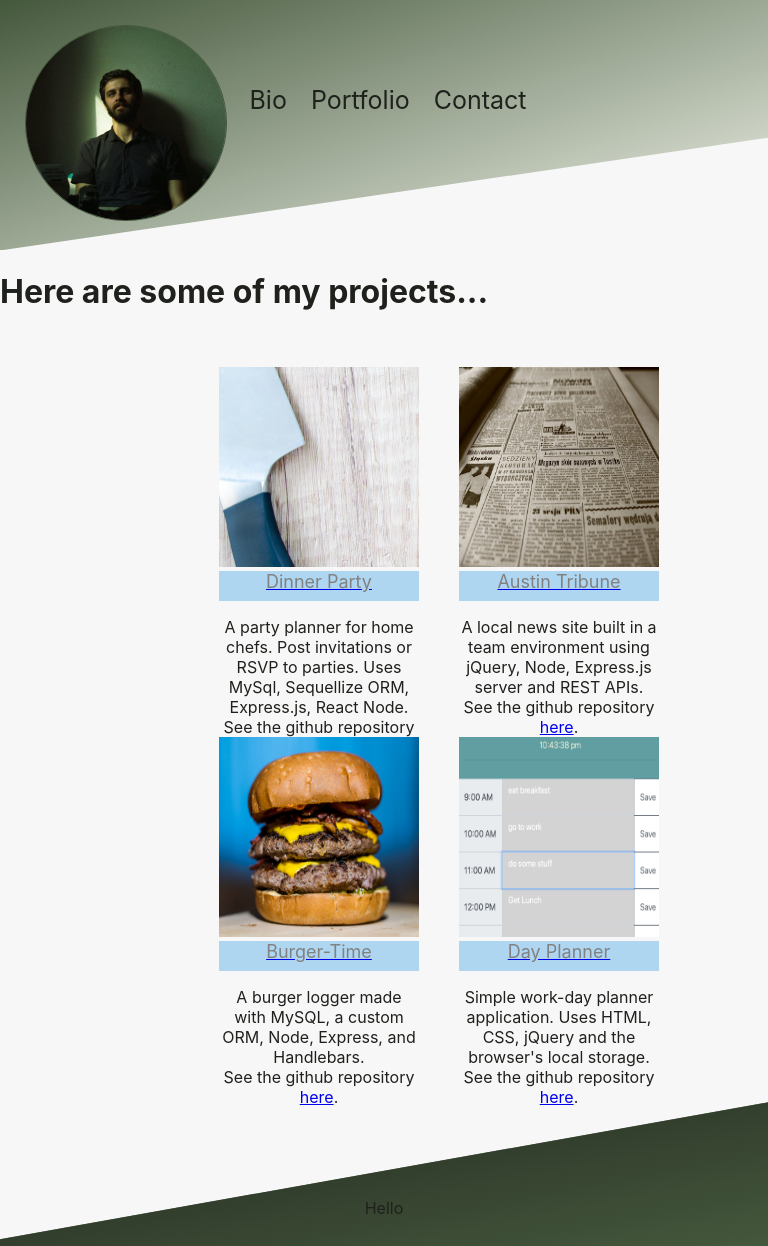
Repository: joeldelatte/react-portfolio
Page: /portfolio (app in client/)
The author's editor kept a copy of each file at every save. The page is drawn from the files as they stood at one save, then again after the next save.
The browser window is 768 px wide. The pictures show the whole page.
The project was rebuilt for these pictures with package versions that can differ from the ones it lists, and the page was loaded fresh each time. Also part of the build but not shown: client/src/App.css, client/src/Components/Bio/Bio.js, client/src/Components/Contact/Contact.js.

Above is the page before, as saved 2020-07-11 00:22:47.

### client/public/index.html
<!doctype html>
<html lang="en">
  <head>
    <meta charset="utf-8">
    <meta name="viewport" content="width=device-width, initial-scale=1, shrink-to-fit=no">
    <meta name="theme-color" content="#000000">
    <!--
      manifest.json provides metadata used when your web app is added to the
      homescreen on Android. See https://developers.google.com/web/fundamentals/engage-and-retain/web-app-manifest/
    -->
    <link rel="manifest" href="%PUBLIC_URL%/manifest.json">
    <link rel="shortcut icon" href="%PUBLIC_URL%/favicon.ico">
    <!--
      Notice the use of %PUBLIC_URL% in the tags above.
      It will be replaced with the URL of the `public` folder during the build.
      Only files inside the `public` folder can be referenced from the HTML.

      Unlike "/favicon.ico" or "favicon.ico", "%PUBLIC_URL%/favicon.ico" will
      work correctly both with client-side routing and a non-root public URL.
      Learn how to configure a non-root public URL by running `npm run build`.
    -->
    <title>Joel Delatte</title>
  </head>
  <body>
    <noscript>
      You need to enable JavaScript to run this app.
    </noscript>
    <div id="root"></div>
    <!--
      This HTML file is a template.
      If you open it directly in the browser, you will see an empty page.

      You can add webfonts, meta tags, or analytics to this file.
      The build step will place the bundled scripts into the <body> tag.

      To begin the development, run `npm start` or `yarn start`.
      To create a production bundle, use `npm run build` or `yarn build`.
    -->
  </body>
</html>

### client/src/index.css
body {
  height:100%;
  min-height: 100%;
  margin: 0;
  padding: 0;
  border: 0;
  font-family: -apple-system, BlinkMacSystemFont, 'Segoe UI', 'Roboto', 'Oxygen',
    'Ubuntu', 'Cantarell', 'Fira Sans', 'Droid Sans', 'Helvetica Neue',
    sans-serif;
  -webkit-font-smoothing: antialiased;
  -moz-osx-font-smoothing: grayscale;
  background-color: rgb(247, 247, 247);
  color: rgb(31,33,28);
}

code {
  font-family: source-code-pro, Menlo, Monaco, Consolas, 'Courier New',
    monospace;
}

### client/src/App.js
import React from 'react';
import {BrowserRouter as Router, Route, Switch, Link} from "react-router-dom";
import './App.css';
import Bio from "./Components/Bio/Bio";
import Nav from "./Page/Nav";
import Contact from "./Components/Contact/Contact";
import Portfolio from "./Components/Portfolio/Portfolio";

export default function App() {
  return (
    <>
      <Router>
        <Nav />
        <Switch>
          <Route exact path="/">
            <Bio />
          </Route>
          <Route exact path="/contact">
            <Contact />
          </Route>
          <Route exact path="/portfolio">
            <Portfolio />
          </Route>
        </Switch>
      </Router>
    </>
  );
}

### client/src/Page/Nav.js
import React from "react";
import {BrowserRouter as Router, Route, Switch, Link} from "react-router-dom";
import Avatar from "./Avatar";
import "./Page.css";

function Nav () {
    return (
      <div className="header">
        <Avatar />
        <div className="nav">
          <Link to="/">Bio</Link>
          <Link to="/portfolio">Portfolio</Link>
          <Link to="/contact">Contact</Link>
        </div>
      </div>
    );
};

export default Nav;

### client/src/Components/Portfolio/Portfolio.js
import React from "react";

import Dayplanner from "../Portfolio/images/dayplanner.png";
import NewsPaper from "../Portfolio/images/austin1.jpeg";
import Burger from "../Portfolio/images/burger.jpg"
import Knife from "../Portfolio/images/knife.png"

import './portfolio.css';

export default function Portfolio() {


    return (
      <div className="container">
        <h1>Here are some of my projects...</h1>
        <div className="portfolio">
          <div className="projectBox">
            <a
              href="https://rocky-meadow-16617.herokuapp.com/"
              target="_blank"
              rel="noopener noreferrer"
            >
              <img className="projectPhoto" src={Knife}></img>
              <section className="projectLabel">Dinner Party</section>
            </a>
            <p>
              A party planner for home chefs. Post invitations or RSVP to
              parties. Uses MySql, Sequellize ORM, Express.js, React Node.
              <br></br>
              See the github repository{" "}
              <a href="https://github.com/joeldelatte/Poject_3_Dinner_Party">
                here
              </a>
              .
            </p>
          </div>
          <div className="projectBox">
            <a
              href="https://mmoritz8.github.io/Project-1/Joel_art/arts.html"
              target="_blank"
              rel="noopener noreferrer"
            >
              <img className="projectPhoto" src={NewsPaper}></img>
              <section className="projectLabel">Austin Tribune</section>
            </a>
            <p>
              A local news site built in a team environment using jQuery, Node,
              Express.js server and REST APIs.
              <br></br>
              See the github repository{" "}
              <a href="https://github.com/mmoritz8/Project-1">here</a>.
            </p>
          </div>
          <div className="projectBox">
            <a
              href="https://boiling-lowlands-78090.herokuapp.com/"
              target="_blank"
              rel="noopener noreferrer"
            >
              <img className="projectPhoto" src={Burger}></img>
              <section className="projectLabel">Burger-Time</section>
            </a>
            <p>
              A burger logger made with MySQL, a custom ORM, Node, Express, and
              Handlebars.
              <br></br>
              See the github repository{" "}
              <a href="https://github.com/joeldelatte/eat-da-burger">here</a>.
            </p>
          </div>
          <div className="projectBox">
            <a
              href="https://joeldelatte.github.io/day-planner/"
              target="_blank"
              rel="noopener noreferrer"
            >
              <img className="projectPhoto" src={Dayplanner}></img>
              <section className="projectLabel">Day Planner</section>
            </a>
            <p>
              Simple work-day planner application. Uses HTML, CSS, jQuery and
              the browser's local storage.
              <br></br>
              See the github repository{" "}
              <a href="https://github.com/joeldelatte/day-planner">here</a>.
            </p>
          </div>
        </div>
        <footer>Hello</footer>
      </div>
    );
}

### client/src/Components/Bio/bio.css
.container {
    position: relative;
}

.bio {
    min-height: 100%;
    padding: 15px;
    max-width: 50%;
    margin: 0 auto;
    text-align: center;
    padding-bottom: -5rem;
}

.bio p {
    text-align: center;
}

footer {
  height: 3rem;
  padding-top: 6rem;
  /* background-color: rgb(68,88,60); */
  background-image: linear-gradient(to right bottom, rgba(31,33,28, 1), rgba(68,88,60, 0.501));
  -webkit-clip-path: polygon(0 95%, 100% 0, 100% 100%, 0 100%);
  clip-path: polygon(0 95%, 100% 0, 100% 100%, 0 100%);
  text-align: center;
}


    @media only screen and (max-width: 768px) {
        .viewContainer {
            margin-left: 110px;
        }
    }

### client/src/Page/Avatar.js
import React from "react";
import Portrait from "./images/joel_d.png"
import "./Page.css";

function Avatar () {

    return (
      <div>
          <img src={Portrait} alt="avatar"  className="avatar" />
      </div>
    );
};

export default Avatar;

### client/src/Page/Page.css
.header {
  height: 38%;
  background-image: linear-gradient(to right bottom, rgba(68,88,60, 1), rgba(241,246,226, 0.501));
  background-size: cover;
  background-position: top;
  position: relative;
  -webkit-clip-path: polygon(0 0, 100% 0, 100% 55%, 0 100%);
  clip-path: polygon(0 0, 100% 0, 100% 55%, 0 100%);
  position: relative;
}

  .avatar {
    border: 1px solid;
    border-color: rgb(68,88,60);
    display: inline;
    max-width: 200px;
    max-height: 200px;
    border-radius: 100%;
    margin: 25px;
    }

.nav {
    position: absolute;
    top: 40%;
    left: 50%;
    transform: translate(-50%, -50%);
    text-align: center;
}

.nav a {
    padding: 6px 8px 6px 16px;
    text-decoration: none;
    font-size: 25px;
    color: rgb(31,33,28);
    display: inline;
    text-align: center;
  }

.nav a:hover {
    color: #f1f1f1;
}

### client/src/Components/Contact/contact.css
.container {
  position: relative;
}
.contact {
    min-height: 100%;
    padding: 15px;
    max-width: 50%;
    margin: 0 auto;
    text-align: center;
    padding-bottom: -5rem;
}

.contact a {
  padding: 6px 8px 6px 16px;
  text-decoration: underline;
  font-size: 18px;
  color: black;
  display: block;
}

.contact a:hover {
  color: #818181;
}

.email-address {
  padding: 6px 8px 6px 16px;
  font-size: 18px;
}

input[type=text], select {
    width: 100%;
    padding: 12px 20px;
    margin: 8px 0;
    display: inline-block;
    border: 1px solid #ccc;
    border-radius: 4px;
    box-sizing: border-box;
  }

  input[type=submit] {
    width: 15%;
    background-color: #4CAF50;
    color: white;
    padding: 14px 20px;
    margin: 8px 0;
    border: none;
    border-radius: 4px;
    cursor: pointer;
  }

  input[type=submit]:hover {
    background-color: #45a049;
  }

textarea {
    width: 100%;
    height: 150px;
    margin: 8px 0;
    padding: 12px 20px;
    box-sizing: border-box;
    border: 1px solid #ccc;
    border-radius: 4px;
    resize: none;
  }

  footer {
    height: 3rem;
    padding-top: 6rem;
    background-color: rgb(68,88,60);
    background-image: linear-gradient(to right bottom, rgba(31,33,28, 0.901), rgba(68,88,60, 0.601));
    -webkit-clip-path: polygon(0 95%, 100% 0, 100% 100%, 0 100%);
    clip-path: polygon(0 95%, 100% 0, 100% 100%, 0 100%);
    text-align: center;
  }

  @media only screen and (max-width: 768px) {
    .contact {
      margin-left: 110px;
    }
  }

### client/src/Components/Portfolio/portfolio.css
.portfolio {
    padding: 15px;
    display: flex;
    flex-wrap: wrap;
    justify-content: center;
    text-align: center;
}

/* h1 {
    margin-left: 35%;
} */

.projectBox {
    width: 200px;
    height: 200px;
    /* position: relative; */
    text-align: center;
    margin: 20px;
}

.projectText {
    width: 200px;
    height: 200px;
    /* position: relative; */
    text-align: center;
    margin-top: 20px;
}

.projectLabel {
    color: #818181;
    text-align: center;
    font-size: large;
    background-color: #aed6f1;
    width: 200px;
    height: 30px;
    padding: 4;
    /* position: absolute;
    top: 80%;
    left: 50%; */
    /* transform: translate(-50%, -50%); */

}

.projectPhoto {
    width: 200px;
    height: 200px;
    /* position: relative; */
    text-align: center;
}

.move {
    padding-left: 45px;
    box-sizing: content-box;
}

footer {
    height: 3rem;
    padding-top: 6rem;
    background-color: rgb(68,88,60);
    background-image: linear-gradient(to right bottom, rgba(31,33,28, 0.901), rgba(68,88,60, 0.601));
    -webkit-clip-path: polygon(0 95%, 100% 0, 100% 100%, 0 100%);
    clip-path: polygon(0 95%, 100% 0, 100% 100%, 0 100%);
    text-align: center;
  }

@media only screen and (max-width: 768px) {
    .move {
        padding-left: 130px;
        box-sizing: content-box;
    }
    .portfolio {
        margin-left: 110px;
    }

    .portfolio h1 {
        margin-left: 20px;
    }

    .projectBox {
        width: 200px;
        height: 200px;
        float: left;
        position: relative;
        text-align: center;
        margin: 20px 20px 150px 20px;

    }


}

Loaded but not shown: client/src/index.js (common file); client/src/serviceWorker.js (common file)

After the next save:
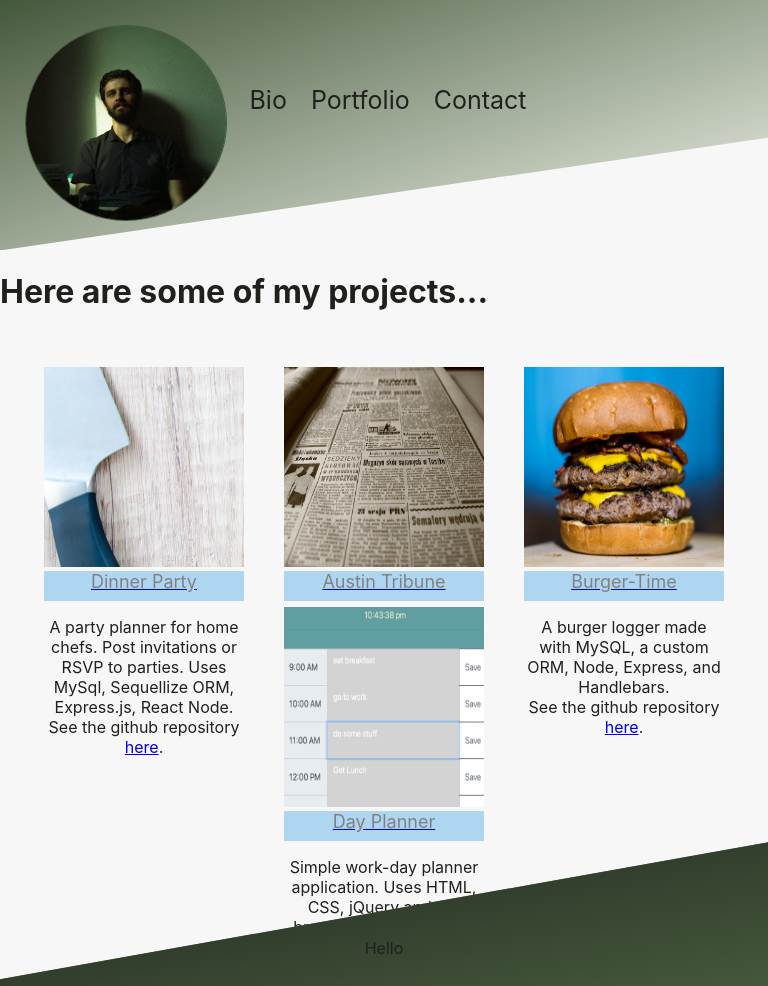
Saved 45 s later.
--- a/client/src/Components/Portfolio/portfolio.css
+++ b/client/src/Components/Portfolio/portfolio.css
@@ -1,3 +1,7 @@
+.conatiner {
+
+}
+
 .portfolio {
     padding: 15px;
     display: flex;
@@ -63,7 +67,7 @@ footer {
     text-align: center;
   }
 
-@media only screen and (max-width: 768px) {
+/* @media only screen and (max-width: 768px) {
     .move {
         padding-left: 130px;
         box-sizing: content-box;
@@ -87,4 +91,4 @@ footer {
     }
 
 
-}
+}  */
